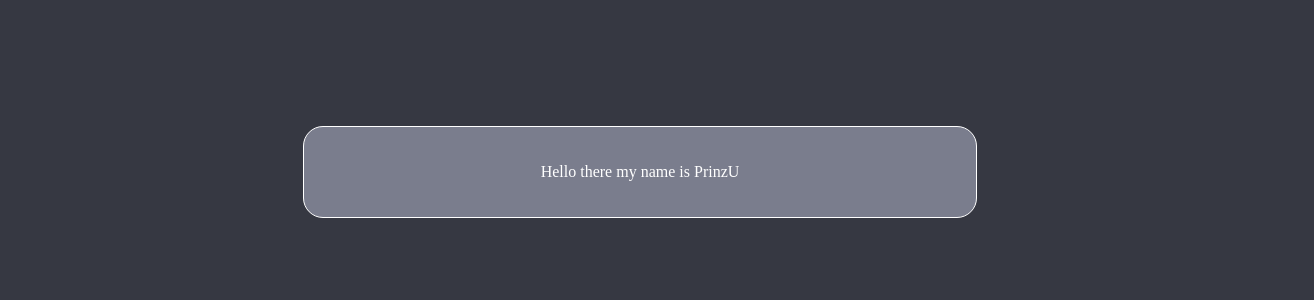
Repository: PrinzAI/PrinzAI.github.io
Page: index.html
The author's editor kept a copy of each file at every save. The page is drawn from the files as they stood at one save, then again after the next save.
The browser window is 1280 px wide. The page is 1280 px wide, then 1314 px, then 1280 px, so the pictures cover 1314 px, including what lies to the right of the window. The pictures show the whole page.
Some web fonts or font styles are not loaded; a fallback is used.

Above is the page before, as saved 2022-10-19 10:47:54.

After the next save:
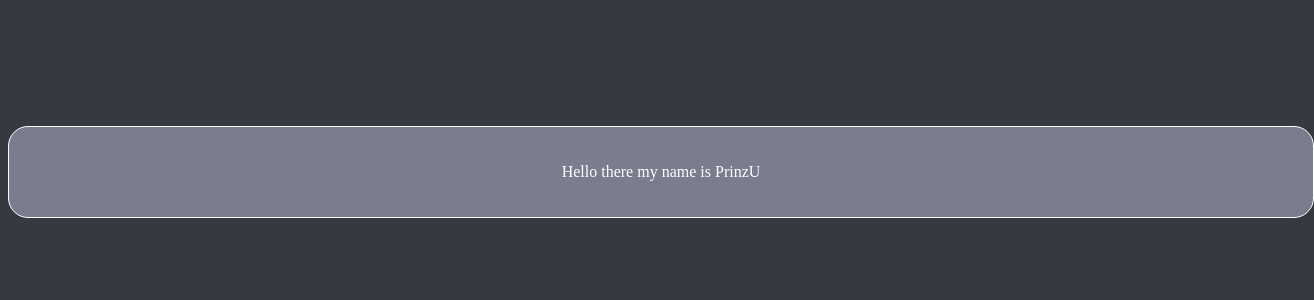
Saved 8 s later.
--- a/css/index.css
+++ b/css/index.css
@@ -8,16 +8,6 @@
 
 /*Create an animation from the .first-container tag that slowly shows up from bottom to up in an 1 second timer, text shows up last*/
 .first-container{
-    animation: first-container 1s ease-in-out;
-    animation-fill-mode: forwards;
-    position: relative;
-    top: 100%;
-    width: 100%;
-    height: 100%;
-    display: flex;
-    flex-direction: column;
-    justify-content: center;
-    align-items: center;
 }
 
 .first-container{
@@ -31,4 +21,14 @@
     border: 1px solid white;
     padding: 20px;
 
+    animation: first-container 1s ease-in-out;
+    animation-fill-mode: forwards;
+    position: relative;
+    top: 100%;
+    width: 100%;
+    height: 100%;
+    display: flex;
+    flex-direction: column;
+    justify-content: center;
+    align-items: center;
 }

After the 5 saves that followed:
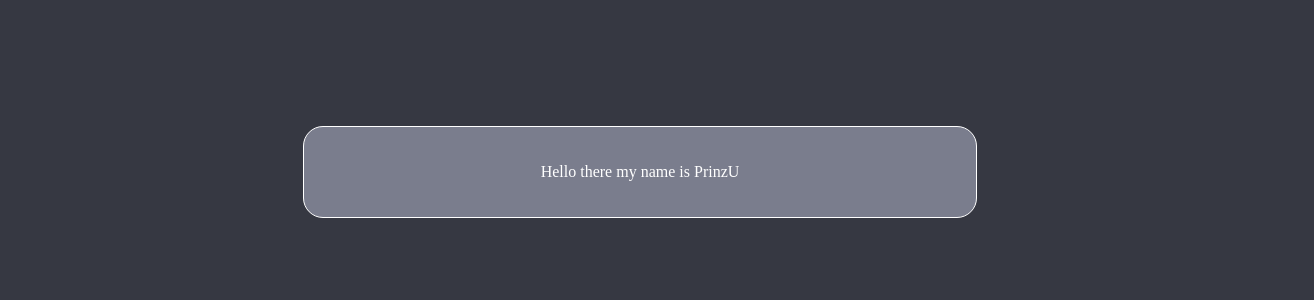
The 5 saves are shown as one change because 2 left the picture as it was and some came seconds apart.
The last was saved 4 min 11 s later.
--- a/css/index.css
+++ b/css/index.css
@@ -4,10 +4,6 @@
     background-color: rgba(54,56,66,1);
     color: white;
     font-family: 'Fuzzy Bubbles', cursive;
-}
-
-/*Create an animation from the .first-container tag that slowly shows up from bottom to up in an 1 second timer, text shows up last*/
-.first-container{
 }
 
 .first-container{
@@ -21,12 +17,10 @@
     border: 1px solid white;
     padding: 20px;
 
+
+    /* Animation section */
     animation: first-container 1s ease-in-out;
     animation-fill-mode: forwards;
-    position: relative;
-    top: 100%;
-    width: 100%;
-    height: 100%;
     display: flex;
     flex-direction: column;
     justify-content: center;
